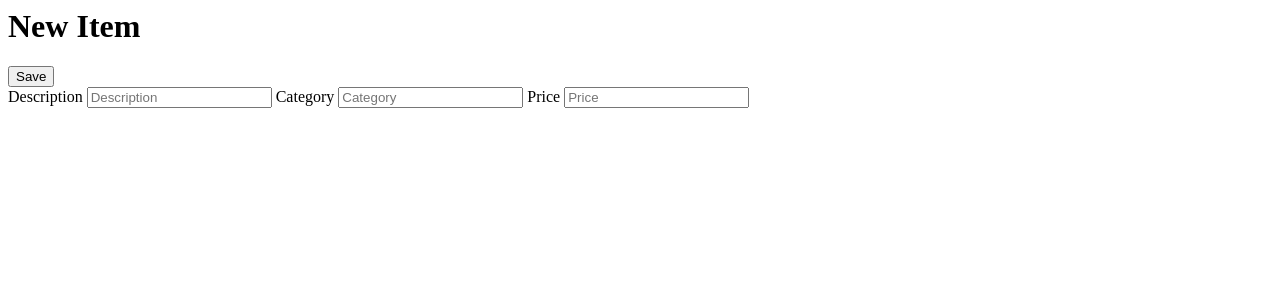
Repository: dvbondoy/peddler-pos
Page: www/product/templates/new-item.html
These files come from the project's save history. The page is drawn as it stood at one moment and after the next save; the edit follows.
The browser window is 1280 px wide. The pictures show the whole page.

Above is the page before, as saved 2016-12-08 14:13:59.

### www/product/templates/new-item.html
<ion-modal-view>
  <ion-header-bar>
    <h1 class="title" align-title="center">New Item</h1>
    <div class="buttons">
      <button class="button">Save</button>
    </div>
  </ion-header-bar>
  <ion-content>
    <div class="padding list">
      <label for="" class="item item-input item-floating-label">
        <span class="input-label">Description</span>
        <input type="text" placeholder="Description" ng-model="item.description">
      </label>
      <label for="" class="item item-input item-floating-label">
        <span class="input-label">Category</span>
        <input type="text" placeholder="Category" ng-model="item.category">
      </label>
      <label for="" class="item item-input item-floating-label">
        <span class="input-label">Price</span>
        <input type="text" placeholder="Price" ng-model="item.price">
      </label>
    </div>
  </ion-content>
</ion-modal-view>

After the next save:
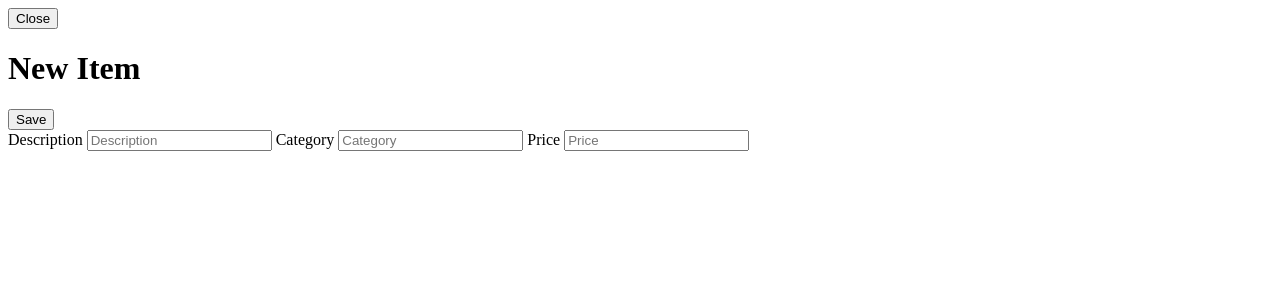
Saved 29 s later.
--- a/www/product/templates/new-item.html
+++ b/www/product/templates/new-item.html
@@ -1,6 +1,9 @@
 <ion-modal-view>
   <ion-header-bar>
-    <h1 class="title" align-title="center">New Item</h1>
+    <div class="buttons">
+      <button class="button">Close</button>
+    </div>
+    <h1 class="title">New Item</h1>
     <div class="buttons">
       <button class="button">Save</button>
     </div>
